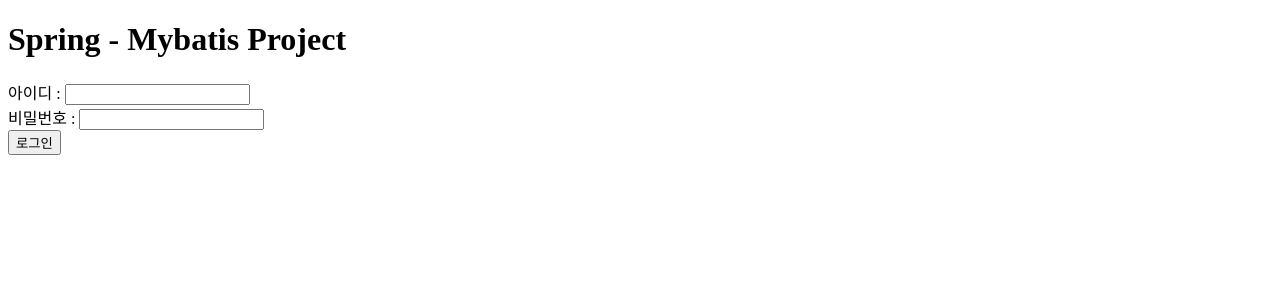
Repository: wona-owo/Spring
Page: http://localhost/01_spring_mybatis/
These files come from the project's save history. The page is drawn as it stood at one moment and after the next save; the edit follows.
The browser window is 1280 px wide. The pictures show the whole page.
The page is served by Tomcat 9. Other server files are loaded and not shown.

Above is the page before, as saved 2024-12-04 05:19:28.

### 01_spring_mybatis/src/main/webapp/index.jsp
<%@ page language="java" contentType="text/html; charset=UTF-8"
    pageEncoding="UTF-8"%>
<%@taglib uri="http://java.sun.com/jsp/jstl/core" prefix="c" %>
<!DOCTYPE html>
<html>
<head>
<meta charset="UTF-8">
<title>Insert title here</title>
</head>
<body>
	<h1>Spring - Mybatis Project</h1>


	<%--
	Mybatis : Java 애플리케이션과 DataBase 상호 작용을 간편하게 하기 위한 영속성 프레임워크.

	Mybatis 특징)

	1. 자동 매핑 : DataBase 수행 결과를 Java 객체로 자동으로 매핑하는 기술
	2. XML 파일에 SQL을 작성 : SQL이 JAVA 코드와 분리되어 유지보수 및 가독성 증대.
	3. 동적 SQL 지원 : if, foreach, choose ~ when ~  otherwise, where
	4. SQL 재사용 : XML에 작성된 하나의 SQL을 여러곳에서 사용이 가능


	아래와 같이, JSTL와 EL을 같이 사용하는게 편리

	- page < request < session < application의 scope가 존재.
	- 아래처럼 scope명을 명시적으로 작성하지 않으면, 범위가 좁은 scope의 attribute에 순차적으로 접근한다.
	- loginMember는 Controller에서 로그인 시, HttpSession에 등록한 Key(문자열)을 의미한다.

	 --%>

	 <c:if test="${empty loginMember}">
	 	<form action="/member/login.kh" method="post">
	 		아이디 : <input type="text" name="memberId"> <br>
	 		비밀번호 : <input type="password" name="memberPw"> <br>
	 		<input type="submit" value="로그인">
	 	</form>
	 </c:if>
	 <c:if test="${not empty loginMember}">
	 	<h3>[ ${loginMember.memberName} ] 님 환영합니다!</h3>
	 </c:if>


</body>
</html>

After the next save:
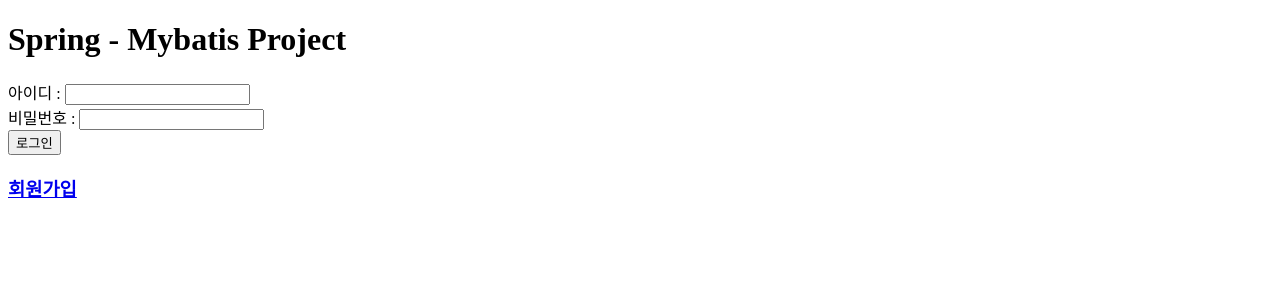
Saved 67 s later.
--- a/01_spring_mybatis/src/main/webapp/index.jsp
+++ b/01_spring_mybatis/src/main/webapp/index.jsp
@@ -35,6 +35,8 @@
 	 		아이디 : <input type="text" name="memberId"> <br>
 	 		비밀번호 : <input type="password" name="memberPw"> <br>
 	 		<input type="submit" value="로그인">
+
+	 		<a href="/member/joinFrm.kh"><h3>회원가입</h3></a>
 	 	</form>
 	 </c:if>
 	 <c:if test="${not empty loginMember}">
